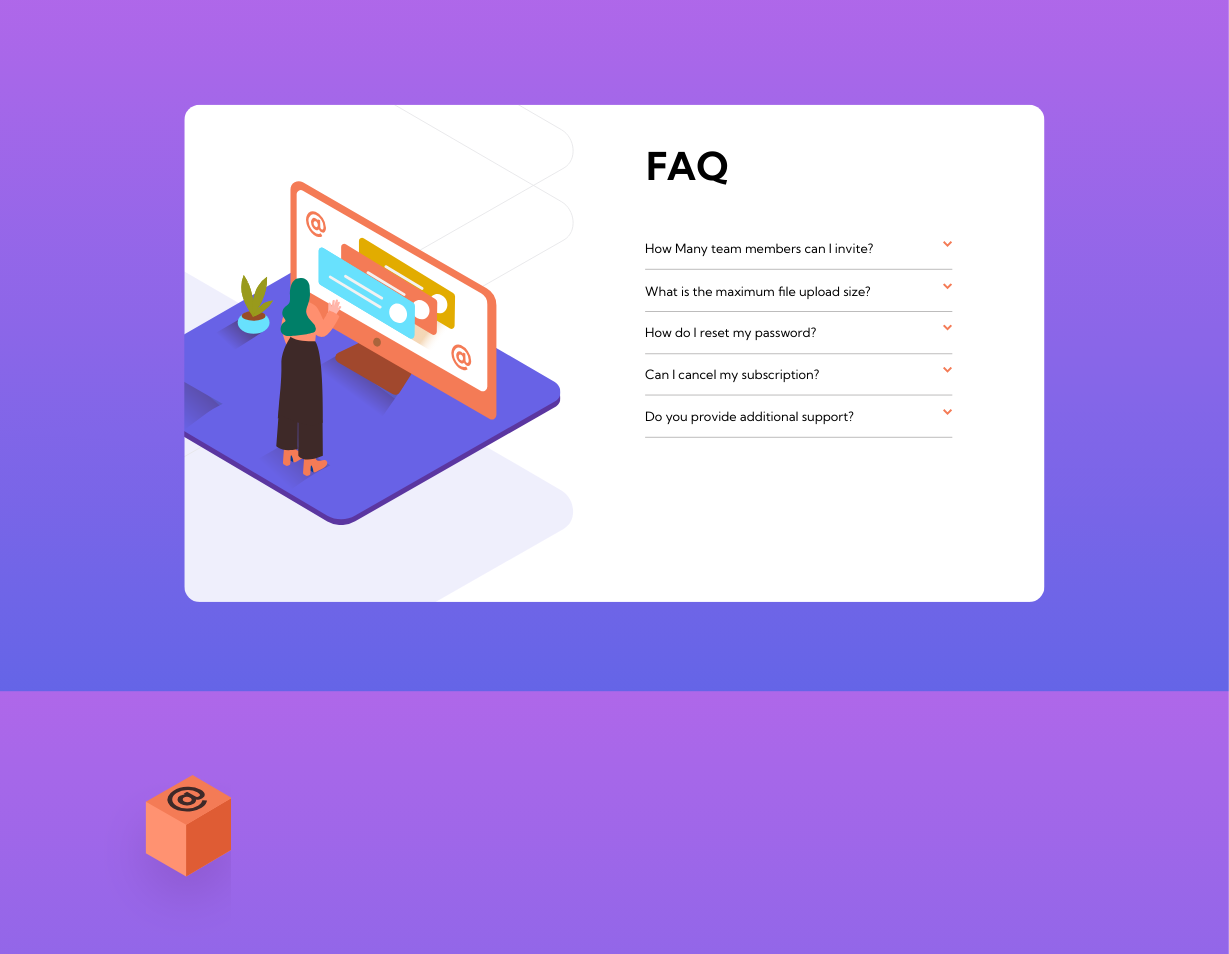
Repository: ryanwilll/ProjetoFAQ
Page: index.html
An editor plug-in stored every save of this project. The page is shown before and after a run of saves, followed by the edit.
The browser window is 1280 px wide. The pictures show the whole page, at 96% of full size.

Above is the page before, as saved 2022-10-28 12:18:38.

After the next 3 saves:
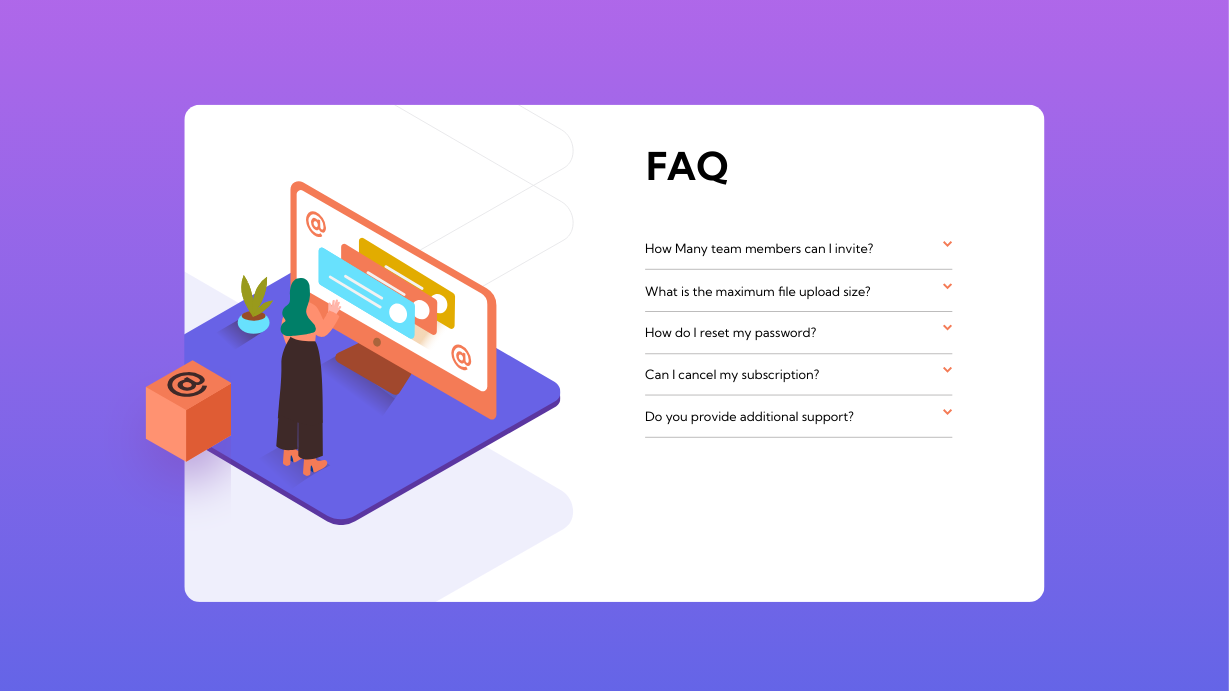
The 3 saves are shown as one change because they came seconds apart.
The last was saved 10 s later.
--- a/css/allmedia.css
+++ b/css/allmedia.css
@@ -151,7 +151,7 @@
     width: 8.75em;
     height: 11.8em;
     position: absolute;
-    top: 50em;
+    top: 23em;
     left: -1.6%;
     transform: translate(-55%, -55%);
     animation: boxHop 2s ease-in-out;
